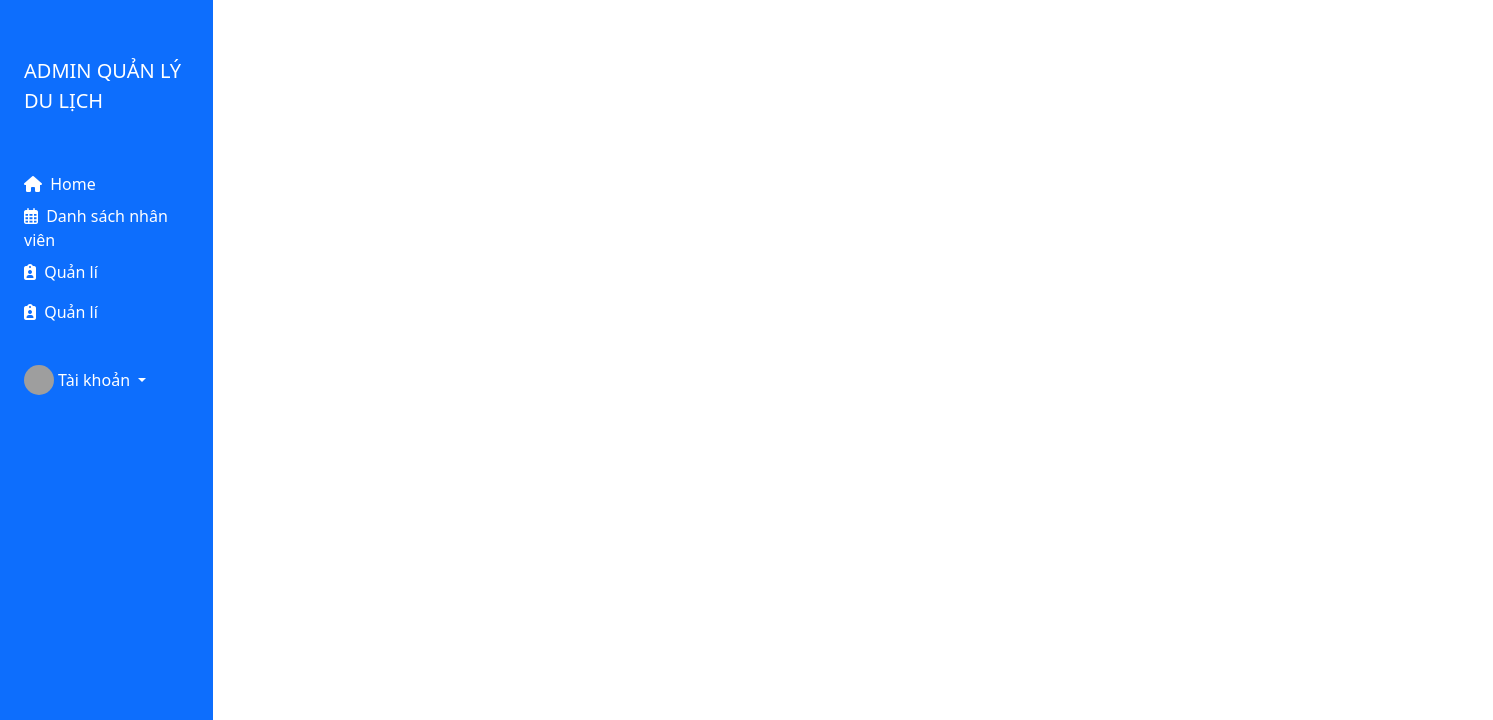
Repository: vantohuu/BOOKINGTOUR
Page: http://localhost/BOOKINGTOUR/WEB-INF/views/admin/admin.jsp
An editor plug-in stored every save of this project. The page is shown before and after the next save, followed by the edit.
The browser window is 1280 px wide. The page is 1493 px wide, so the pictures cover 1493 px, including what lies to the right of the window. The pictures show the whole page.
Pictures or frames that could not be fetched are drawn as grey boxes. Some web libraries are served in a nearby version. The page is served by Tomcat 9. Nobody is signed in. Other server files are loaded and not shown. The template is opened directly, without the code that normally fills it, so the values that code supplies are empty.

Above is the page before, as saved 2023-05-04 13:18:03.

### BOOKINGTOUR/src/main/webapp/WEB-INF/views/admin/admin.jsp
<%@ page language="java" contentType="text/html; charset=UTF-8"
    pageEncoding="UTF-8"%>
        <%@ taglib uri="http://java.sun.com/jstl/core_rt" prefix="c"%>
<%@ taglib uri="http://java.sun.com/jstl/fmt_rt" prefix="f"%>
<!DOCTYPE html>
<html>
<head>
<meta charset="UTF-8">
 <link href="https://cdn.jsdelivr.net/npm/bootstrap@5.3.0-alpha1/dist/css/bootstrap.min.css" rel="stylesheet"
     integrity="sha384-GLhlTQ8iRABdZLl6O3oVMWSktQOp6b7In1Zl3/Jr59b6EGGoI1aFkw7cmDA6j6gD" crossorigin="anonymous">
     <script src="https://kit.fontawesome.com/ee36f81461.js" crossorigin="anonymous"></script>
<title>Admin quản lý du lịch</title>
</head>
<body>
    <div class="container-fluid">
    <div class="row flex-nowrap">
        <div class="col-auto col-md-3 col-xl-2 px-sm-2 px-0t bg-primary">
            <div class="d-flex flex-column align-items-center align-items-sm-start px-3 pt-2 text-white min-vh-100 ">
                <a href="#" class="d-flex align-items-center pb-5 pt-5 mb-md-0 me-md-auto text-white text-decoration-none">
                    <span class="fs-5 d-none d-sm-inline">ADMIN QUẢN LÝ DU LỊCH</span>
                </a>
                <ul class="nav nav-pills flex-column mb-sm-auto mb-0 align-items-center align-items-sm-start " id="menu">
                    <li class="nav-item">
                        <a href="home.htm" class="nav-link text-white align-middle px-0">
                           <i class="fa-solid fa-house"></i>
                            <span class="ms-1 d-none d-sm-inline">Home</span>
                        </a>
                    </li>
                  <li>
							<i class="fa-regular fa-calendar-days"></i> <span
								class="ms-1 d-none text-white d-sm-inline">Danh sách nhân viên</span>
						</li>
                    <li>
                        <a href="#submenu2" data-bs-toggle="collapse" class="nav-link text-white px-0 align-middle ">
                            <i class="fa-solid fa-clipboard-user"></i>
                            <span class="ms-1 d-none d-sm-inline">Quản lí</span></a>
                        <ul class="collapse nav flex-column ms-1" id="submenu2" data-bs-parent="#menu">
                            <li class="w-100">
                                <a href="doanhthu.htm" class="nav-link text-white px-0"> <span class="d-none d-sm-inline">Doanh thu</span></a>
                            </li>
                            <li>
                                <a href="nhanvien.htm" class="nav-link text-white px-0"> <span class="d-none d-sm-inline">Nhân viên</span></a>
                            </li>
                        </ul>
                    </li>
                     <li>
                        <a href="#submenu3" data-bs-toggle="collapse" class="nav-link text-white px-0 align-middle ">
                            <i class="fa-solid fa-clipboard-user"></i>
                            <span class="ms-1 d-none d-sm-inline">Quản lí</span></a>
                        <ul class="collapse nav flex-column ms-1" id="submenu3" data-bs-parent="#menu">
                            <li class="w-100">
                                <a href="doanhthu.htm" class="nav-link text-white px-0"> <span class="d-none d-sm-inline">Doanh thu</span></a>
                            </li>
                            <li>
                                <a href="nhanvien.htm" class="nav-link text-white px-0"> <span class="d-none d-sm-inline">Nhân viên</span></a>
                            </li>
                        </ul>
                    </li>

                <hr>

                <div class="dropdown pb-4">
                    <a href="#" class="d-flex align-items-center text-white text-decoration-none dropdown-toggle" id="dropdownUser1" data-bs-toggle="dropdown" aria-expanded="false">
                        <img src="https://github.com/mdo.png" alt="hugenerd" width="30" height="30" class="rounded-circle">
                        <span class="d-none d-sm-inline mx-1">Tài khoản</span>
                    </a>
                    <ul class="dropdown-menu dropdown-menu-dark text-small shadow">

                        <li><a class="dropdown-item" href="nhanvien-thongtin.htm">Chỉnh sửa thông tin cá nhân</a></li>
                        <li><a class="dropdown-item" href="doimatkhau.htm">Đổi mật khẩu</a></li>
                        <li>
                            <hr class="dropdown-divider">
                        </li>
                        <li><a class="dropdown-item" href="logout.htm">Đăng xuất</a></li>
                    </ul>
                </div>
            </div>
        </div>
        <div class=""col py-3 d-flex justify-content-center align-items-center"">

        </div>
    </div>
</div>
    <script src="https://cdn.jsdelivr.net/npm/bootstrap@5.3.0-alpha1/dist/js/bootstrap.bundle.min.js" integrity="sha384-w76AqPfDkMBDXo30jS1Sgez6pr3x5MlQ1ZAGC+nuZB+EYdgRZgiwxhTBTkF7CXvN" crossorigin="anonymous"></script>
</body>
</html>

After the next save:
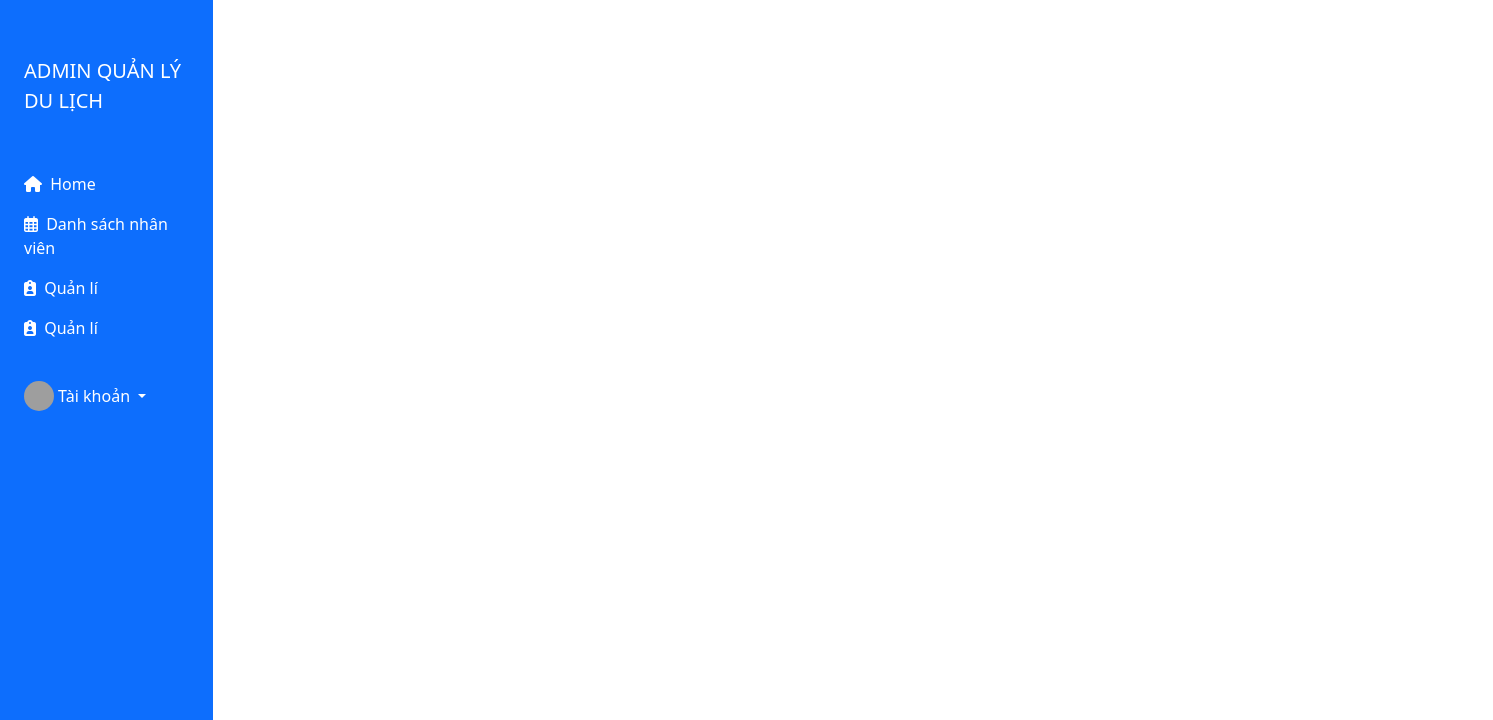
Saved 23 s later.
--- a/BOOKINGTOUR/src/main/webapp/WEB-INF/views/admin/admin.jsp
+++ b/BOOKINGTOUR/src/main/webapp/WEB-INF/views/admin/admin.jsp
@@ -26,10 +26,11 @@
                             <span class="ms-1 d-none d-sm-inline">Home</span>
                         </a>
                     </li>
-                  <li>
+                  <li><a href="#submenu1" data-bs-toggle="collapse"
+							class="nav-link text-white px-0 align-middle">
 							<i class="fa-regular fa-calendar-days"></i> <span
-								class="ms-1 d-none text-white d-sm-inline">Danh sách nhân viên</span>
-						</li>
+								class="ms-1 d-none d-sm-inline">Danh sách nhân viên</span>
+						</a></li>
                     <li>
                         <a href="#submenu2" data-bs-toggle="collapse" class="nav-link text-white px-0 align-middle ">
                             <i class="fa-solid fa-clipboard-user"></i>
